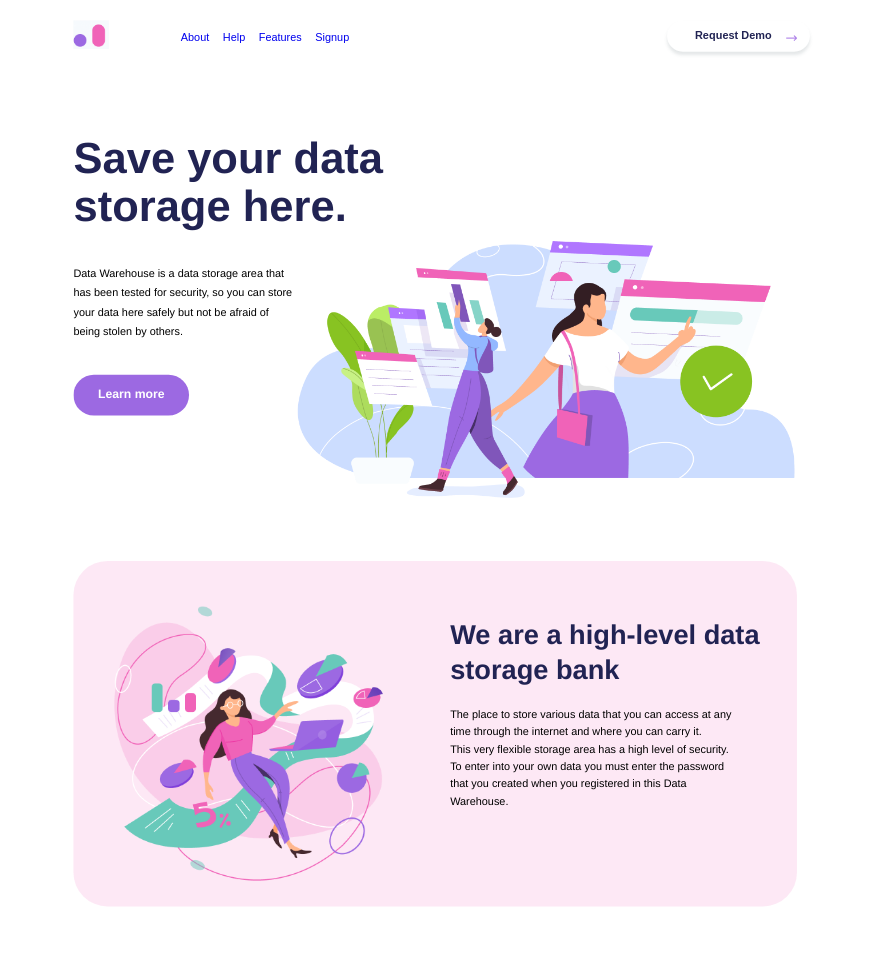
Repository: batonAnton/HW6_flexbox
Page: index.html
The author's editor kept a copy of each file at every save. The page is drawn from the files as they stood at one save, then again after the next save.
The browser window is 1280 px wide. The pictures show the whole page, at 68% of full size.
Some web fonts or font styles are not loaded; a fallback is used.

Above is the page before, as saved 2022-06-18 11:45:41.

After the next save:
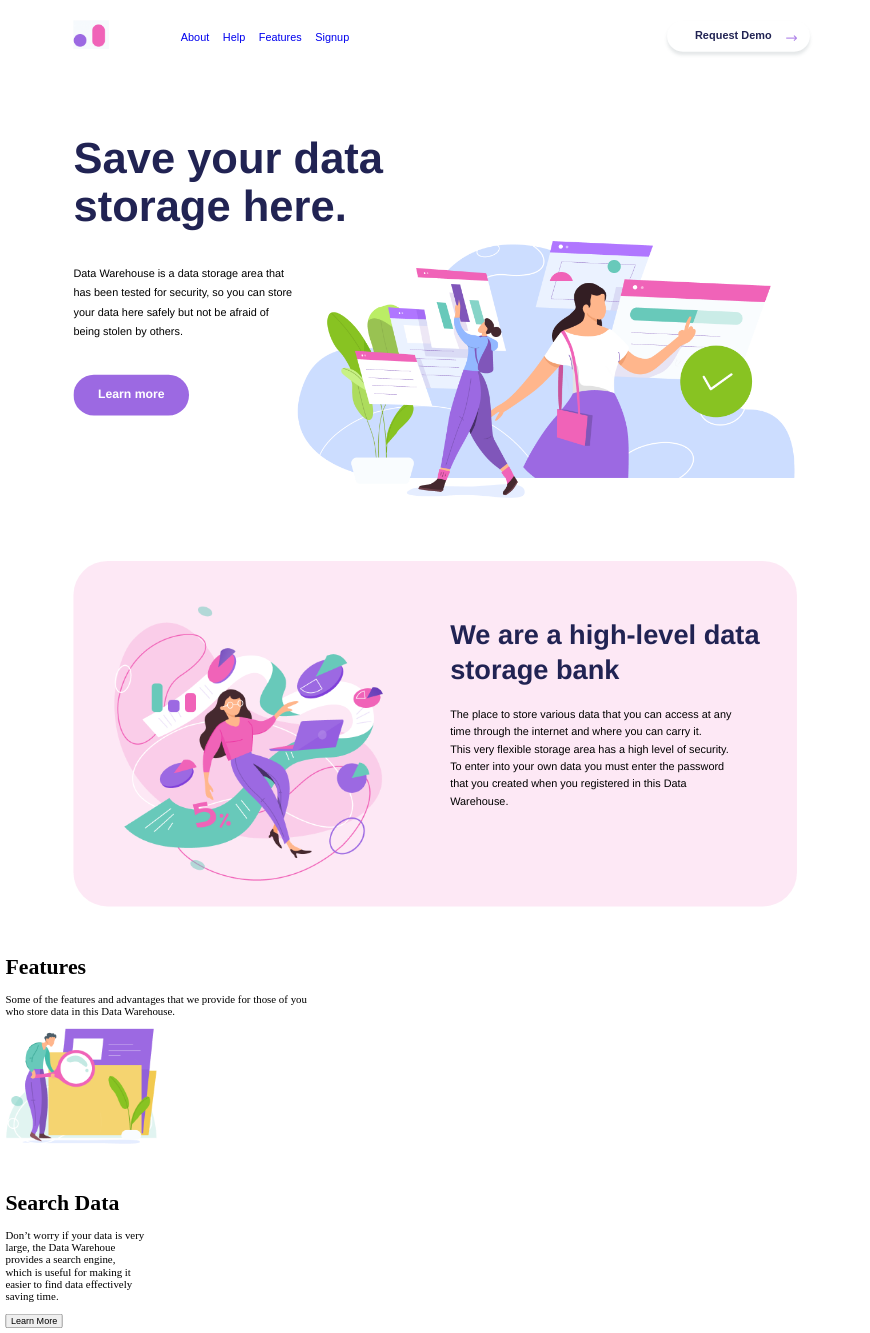
Saved 13 min 3 s later.
--- a/index.html
+++ b/index.html
@@ -70,5 +70,22 @@
             </p>
         </div>
     </div>
+
+    <div class="section3">
+        <h1>Features</h1>
+        <p>Some of the features and advantages that we provide for those of you <br> who store data in this Data Warehouse.</p>
+
+        <div class="row1">
+            <div class="block">
+                <img src="./images/section3/image1 1.png" alt="img">
+                <h1>Search Data</h1>
+                <p>
+                    Don’t worry if your data is very <br> large, the Data Warehoue <br> provides a search engine, <br> which is useful for making it <br> easier to find data effectively <br> saving time.
+                </p>
+
+                <button>Learn More</button>
+            </div>
+        </div>
+    </div>
 </body>
 </html>
